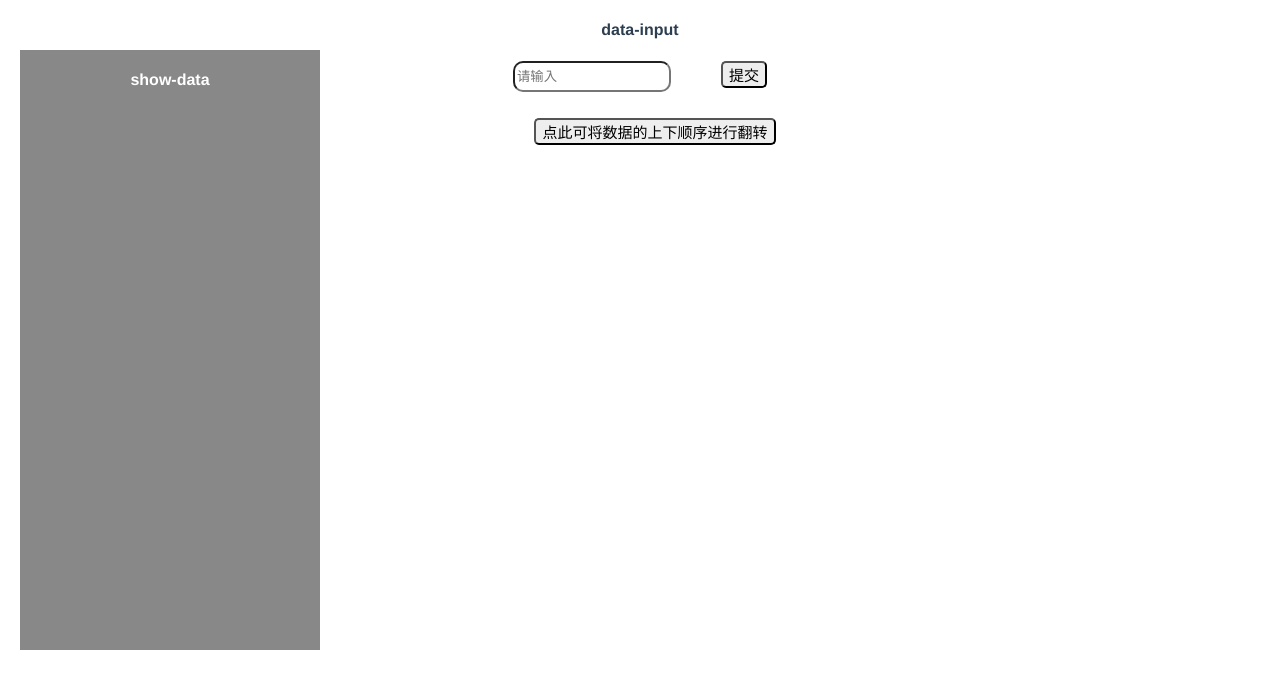
Repository: z-xy-git/demofirst
Page: /
An editor plug-in stored every save of this project. The page is shown before and after the next save, followed by the edit.
The browser window is 1280 px wide. The pictures show the whole page.
The project was rebuilt for these pictures with package versions that can differ from the ones it lists, and the page was loaded fresh each time.

Above is the page before, as saved 2021-02-25 16:36:07.

### src/App.vue
<template>
  <div id="app">
    <router-view/>
    <router-view name="a"/>
  </div>
</template>

<style>
#app {
  font-family: Avenir, Helvetica, Arial, sans-serif;
  -webkit-font-smoothing: antialiased;
  -moz-osx-font-smoothing: grayscale;
  text-align: center;
  color: #2c3e50;
}

#nav {
  padding: 30px;
}

#nav a {
  font-weight: bold;
  color: #2c3e50;
}

#nav a.router-link-exact-active {
  color: #42b983;
}
</style>

### src/router/index.js
import Vue from 'vue'
import VueRouter from 'vue-router'
import Home from '../views/Home.vue'
import ShowData from '../views/ShowData.vue'

Vue.use(VueRouter)

const routes = [
  {
    path: '/',
    name: 'Home',
    components: {
      default: Home,
      a: ShowData
    }
  },
  // {
    // path: '/showData',
    // name: 'ShowData',
    // route level code-splitting
    // this generates a separate chunk (about.[hash].js) for this route
    // which is lazy-loaded when the route is visited.
    // component: () => import(/* webpackChunkName: "about" */ '../views/ShowData.vue')
  // }
]

const router = new VueRouter({
  mode: 'history',
  base: process.env.BASE_URL,
  routes
})

export default router

### src/store/index.js
import Vue from 'vue'
import Vuex from 'vuex'

Vue.use(Vuex)

export default new Vuex.Store({
  state: {
    dataItem: '',
    dataArr: []
  },
  mutations: {
  },
  actions: {
  },
  modules: {
  }
})

### src/views/Home.vue
<template>
  <div class="home">
    <h4>data-input</h4>
    <input type="text" v-model="inputData"
      placeholder="请输入"
      class="input-style"
      onmouseover="this.select()">
    <button @click="btnclick" class="btn-style">提交</button>
    <div>
      <button @click="reverseItemData" class="btn-style">点此可将数据的上下顺序进行翻转</button>
    </div>
    <router-view name="a"/>
    <!-- <div class="show-data">
      <p class="p" v-for="(item,index) in inputDataArr" :key="index">{{item}}</p>
    </div> -->
    <!-- <router-view/> -->
  </div>
</template>

<script>
// @ is an alias to /src

export default {
  name: 'Home',
  components: {
  },
  data(){
    return{
      inputData: '',
      inputDataArr: []
    }
  },
  methods:{
    btnclick() {
      this.$store.state.dataArr.push(this.inputData);
    },
    reverseItemData(){
      this.$store.state.dataArr.reverse();
    }
  }
}
</script>
<style>
  .input-style{
    margin-right: 20px;
    outline: none;
    border-radius: 10px;
    width: 150px;
    height: 25px;
  }
  .btn-style{
    margin: 0 0 30px 30px;
    outline: none;
    border-radius: 5px;
    background-color: #eee;
    font-size: 15px;
  }
</style>

### src/views/ShowData.vue
<template>
  <div class="show-data">
    <h4>show-data</h4>
    <p class="p" v-for="(item,index) in this.dataArr" :key="index">{{item}}</p>
  </div>
</template>

<script>
import {mapState} from 'vuex'

export default {
  name:'ShowData',
  computed:{
    ...mapState(['dataArr'])
  }
}
</script>

<style>
.show-data{
    position: absolute;
    left: 20px;
    top: 50px;
    width: 300px;
    height: 600px;
    background-color: #888;
    color: #fff;
  }
</style>

Loaded but not shown: public/index.html (common file); src/main.js (common file)

After the next save:
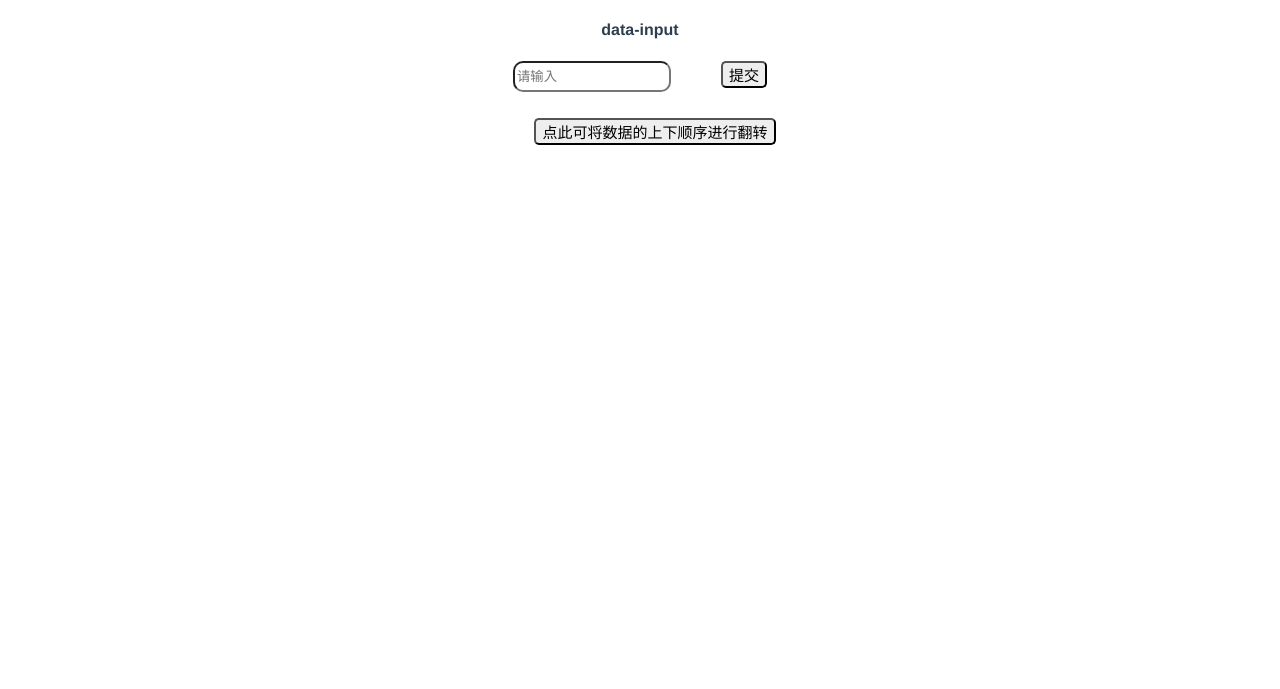
Saved 9 s later.
--- a/src/App.vue
+++ b/src/App.vue
@@ -1,7 +1,7 @@
 <template>
   <div id="app">
     <router-view/>
-    <router-view name="a"/>
+    <!-- <router-view name="a"/> -->
   </div>
 </template>
 

After the save that followed:
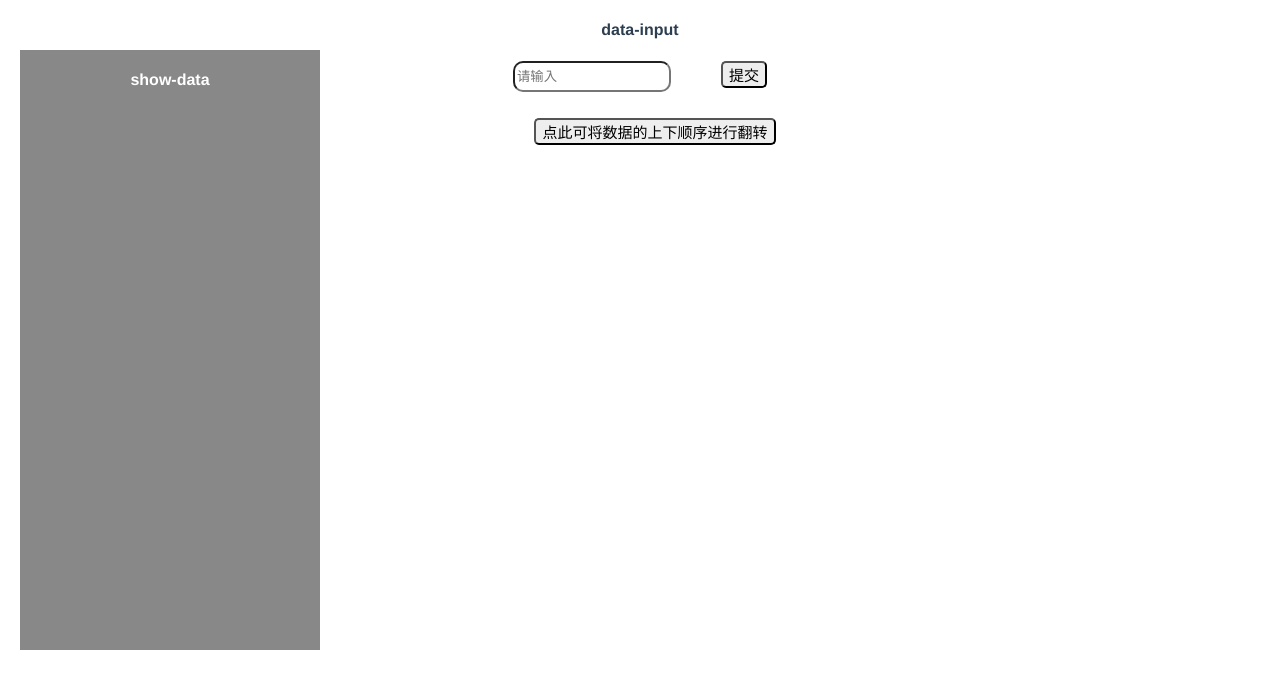
Saved 19 s later.
--- a/src/App.vue
+++ b/src/App.vue
@@ -1,7 +1,7 @@
 <template>
   <div id="app">
     <router-view/>
-    <!-- <router-view name="a"/> -->
+    <router-view name="a"/>
   </div>
 </template>
 
